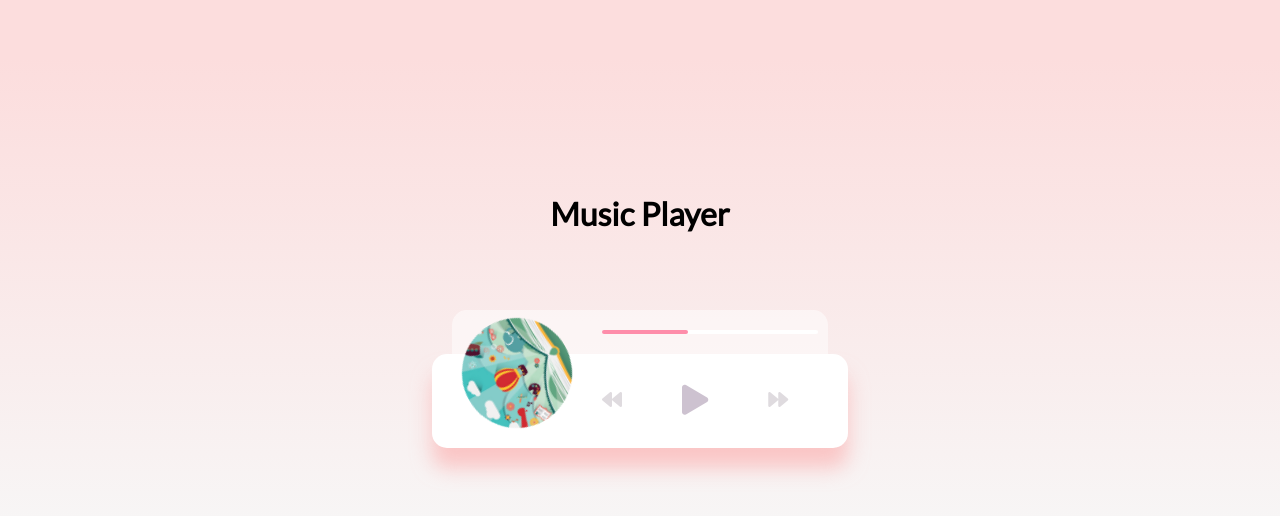
Repository: Youvelop/musicPlayer
Page: index.html
The author's editor kept a copy of each file at every save. The page is drawn from the files as they stood at one save, then again after the next save.
The browser window is 1280 px wide. The pictures show the whole page.
Some web libraries are served in a nearby version.

Above is the page before, as saved 2020-07-08 08:29:16.

After the next save:
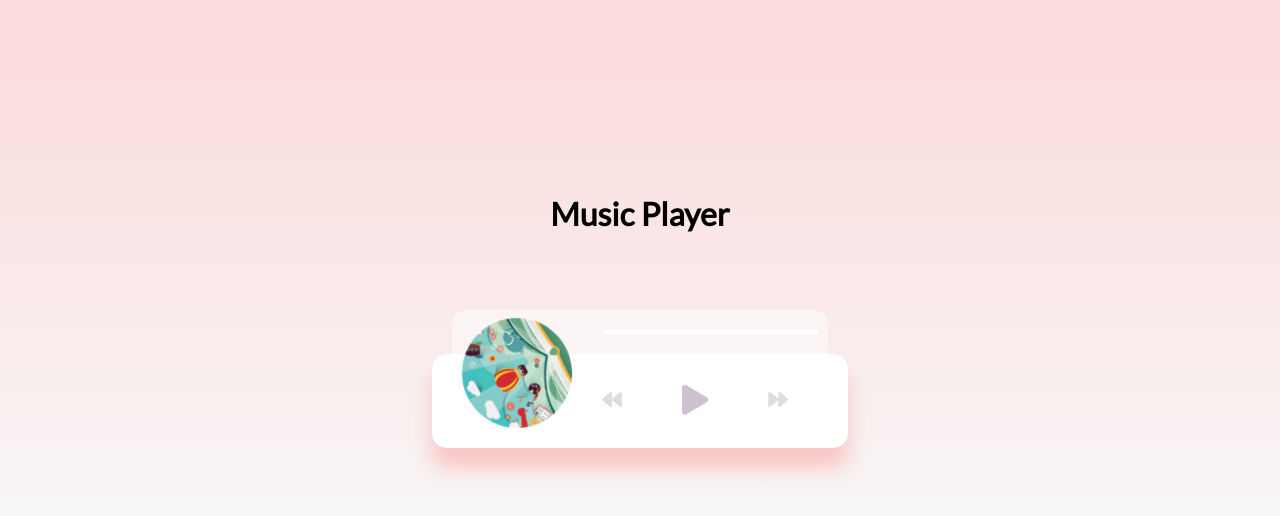
Saved 9 s later.
--- a/style.css
+++ b/style.css
@@ -123,6 +123,6 @@ body {
   background-color: #fe8daa;
   border-radius: 5px;
   height: 100%;
-  width: 40%;
+  width: 0%;
   transition: width 0.1s linear;
 }
